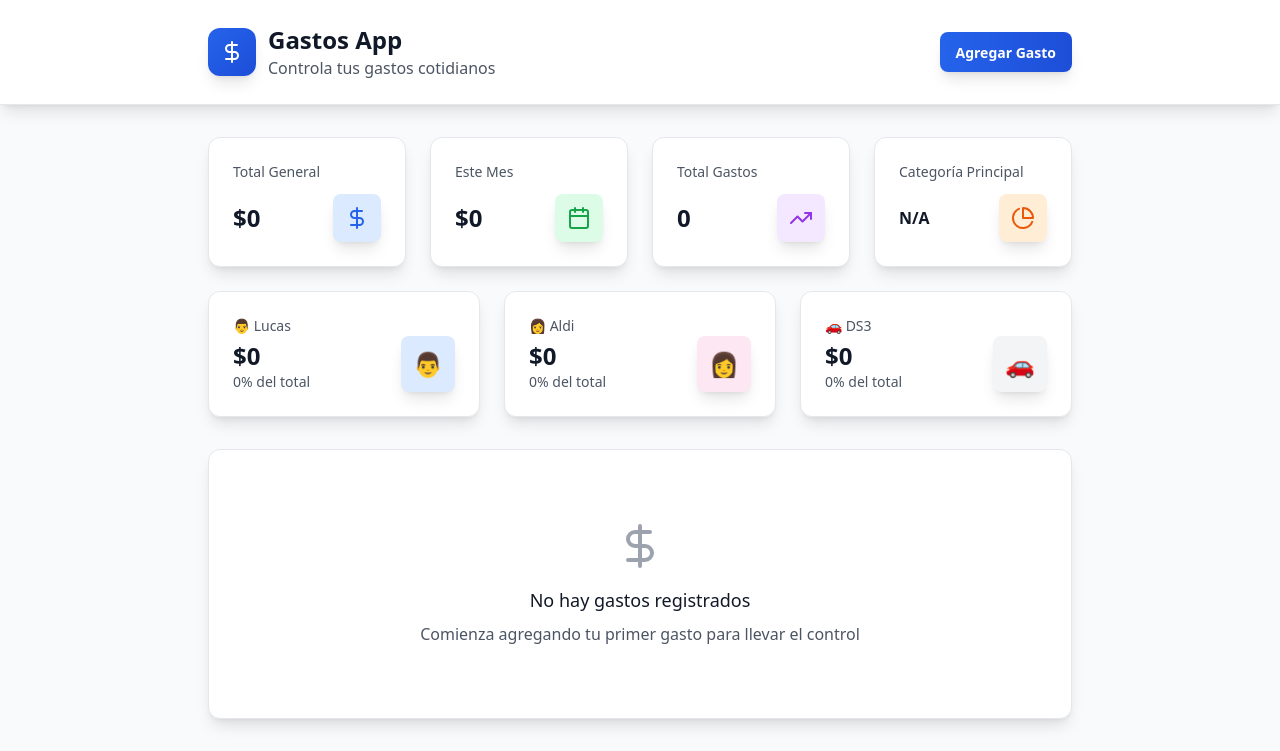
Repository: lucastenaglia/Gastosapp
Page: /
The author's editor kept a copy of each file at every save. The page is drawn from the files as they stood at one save, then again after the next save.
The browser window is 1280 px wide. The pictures show the whole page.
The page's requests for data from a server got no answer. The project was rebuilt for these pictures with package versions that can differ from the ones it lists, and the page was loaded fresh each time. No one was signed in, and anything a server would have sent is missing. Also part of the build but not shown: vite.config.js, src/components/ExpenseForm.jsx.

Above is the page before, as saved 2025-08-13 18:45:42.

### index.html
<!DOCTYPE html>
<html lang="es">
  <head>
    <meta charset="UTF-8" />
    <link rel="icon" type="image/svg+xml" href="data:[embedded picture, 125 characters]" />
    <meta name="viewport" content="width=device-width, initial-scale=1.0" />
    <title>Gastos App - Control de Gastos Cotidianos</title>
  </head>
  <body>
    <div id="root"></div>
    <script type="module" src="/src/main.jsx"></script>
  </body>
</html>

### src/App.jsx
import { useState, useEffect } from 'react'
import Header from './components/Header'
import ExpenseForm from './components/ExpenseForm'
import ExpenseList from './components/ExpenseList'
import ExpenseSummary from './components/ExpenseSummary'
import { getExpenses, addExpense, updateExpense, deleteExpense } from './services/expenseService'

function App() {
  const [expenses, setExpenses] = useState([])
  const [isFormOpen, setIsFormOpen] = useState(false)
  const [loading, setLoading] = useState(true)
  const [error, setError] = useState(null)

  // Cargar gastos al iniciar la aplicación
  useEffect(() => {
    loadExpenses()
  }, [])

  // Cerrar modal con Escape
  useEffect(() => {
    const handleEscape = (e) => {
      if (e.key === 'Escape' && isFormOpen) {
        setIsFormOpen(false)
      }
    }

    if (isFormOpen) {
      document.addEventListener('keydown', handleEscape)
      // Bloquear el scroll del body
      document.body.style.overflow = 'hidden'
    }

    return () => {
      document.removeEventListener('keydown', handleEscape)
      // Restaurar el scroll del body
      document.body.style.overflow = 'unset'
    }
  }, [isFormOpen])

  const loadExpenses = async () => {
    try {
      setLoading(true)
      const data = await getExpenses()
      setExpenses(data)
      setError(null)
    } catch (err) {
      setError('Error al cargar los gastos')
      console.error(err)
    } finally {
      setLoading(false)
    }
  }

  const handleAddExpense = async (expense) => {
    try {
      const newExpense = await addExpense(expense)
      setExpenses([newExpense, ...expenses])
      setIsFormOpen(false)
    } catch (err) {
      setError('Error al agregar el gasto')
      console.error(err)
    }
  }

  const handleDeleteExpense = async (id) => {
    try {
      await deleteExpense(id)
      setExpenses(expenses.filter(expense => expense.id !== id))
    } catch (err) {
      setError('Error al eliminar el gasto')
      console.error(err)
    }
  }

  const handleEditExpense = async (id, updatedExpense) => {
    try {
      const updated = await updateExpense(id, updatedExpense)
      setExpenses(expenses.map(expense =>
        expense.id === id ? updated : expense
      ))
    } catch (err) {
      setError('Error al actualizar el gasto')
      console.error(err)
    }
  }

  return (
    <div className="min-h-screen bg-gray-50">
      <Header onAddExpense={() => setIsFormOpen(true)} />

      <main className="container mx-auto px-4 py-8 max-w-4xl">
        {error && (
          <div className="bg-red-100 border border-red-400 text-red-700 px-4 py-3 rounded mb-6">
            {error}
          </div>
        )}

        <ExpenseSummary expenses={expenses} />

        <div className="mt-8">
          <ExpenseList
            expenses={expenses}
            onDelete={handleDeleteExpense}
            onEdit={handleEditExpense}
            loading={loading}
          />
        </div>
      </main>

      {/* Modal Overlay */}
      {isFormOpen && (
        <div
          className="fixed inset-0 bg-black bg-opacity-50 flex items-center justify-center z-50 p-4 animate-in fade-in duration-200"
          onClick={() => setIsFormOpen(false)}
        >
          <div
            className="bg-white rounded-xl shadow-2xl max-w-md w-full mx-4 max-h-[90vh] overflow-y-auto animate-in zoom-in-95 duration-200"
            onClick={(e) => e.stopPropagation()}
          >
            <ExpenseForm
              onSubmit={handleAddExpense}
              onCancel={() => setIsFormOpen(false)}
            />
          </div>
        </div>
      )}
    </div>
  )
}

export default App

### src/index.css
@tailwind base;
@tailwind components;
@tailwind utilities;

@layer base {
  body {
    @apply bg-gray-50 text-gray-900;
  }
}

@layer components {
                .btn-primary {
                @apply bg-primary-600 hover:bg-primary-700 text-white font-medium py-2 px-4 rounded-lg transition-all duration-300 shadow-md hover:shadow-lg hover:-translate-y-0.5 transform;
              }

              .btn-secondary {
                @apply bg-gray-200 hover:bg-gray-300 text-gray-800 font-medium py-2 px-4 rounded-lg transition-all duration-300 shadow-md hover:shadow-lg hover:-translate-y-0.5 transform;
              }

                .input-field {
                @apply w-full px-3 py-2 border border-gray-300 rounded-lg focus:outline-none focus:ring-2 focus:ring-primary-500 focus:border-transparent shadow-sm focus:shadow-md transition-all duration-300;
              }

                            .card {
                @apply bg-white rounded-xl shadow-lg border border-gray-200 p-6 transform transition-all duration-300 hover:shadow-2xl hover:-translate-y-1;
              }

              .modal-enter {
                @apply opacity-0 scale-95;
              }

              .modal-enter-active {
                @apply opacity-100 scale-100 transition-all duration-200 ease-out;
              }

              .modal-exit {
                @apply opacity-100 scale-100;
              }

              .modal-exit-active {
                @apply opacity-0 scale-95 transition-all duration-200 ease-in;
              }
}

### src/components/Header.jsx
import { Plus, DollarSign } from 'lucide-react'

const Header = ({ onAddExpense }) => {
  return (
    <header className="bg-white shadow-lg border-b border-gray-200">
      <div className="container mx-auto px-4 py-6 max-w-4xl">
        <div className="flex items-center justify-between">
          <div className="flex items-center space-x-3">
            <div className="bg-gradient-to-br from-primary-600 to-primary-700 p-3 rounded-xl shadow-lg">
              <DollarSign className="h-6 w-6 text-white" />
            </div>
            <div>
              <h1 className="text-2xl font-bold text-gray-900">Gastos App</h1>
              <p className="text-gray-600">Controla tus gastos cotidianos</p>
            </div>
          </div>

          <button
            onClick={onAddExpense}
            className="bg-gradient-to-r from-primary-600 to-primary-700 active:from-primary-800 active:to-primary-900 text-white font-semibold py-2 px-4 rounded-lg shadow-lg hover:shadow-xl active:shadow-md active:translate-y-0.5 transition-all duration-200 border-0 focus:outline-none focus:ring-2 focus:ring-primary-300"
          >
            <span className="text-sm">Agregar Gasto</span>
          </button>
        </div>
      </div>
    </header>
  )
}

export default Header

### src/components/ExpenseList.jsx
import { useState } from 'react'
import { Trash2, Edit, Calendar, DollarSign } from 'lucide-react'

const ExpenseList = ({ expenses, onDelete, onEdit, loading }) => {
  const [editingId, setEditingId] = useState(null)
  const [editForm, setEditForm] = useState({})

  const categoryIcons = {
    comida: '🍽️',
    super: '🛒',
    auto: '🚗',
    entretenimiento: '🎮',
    salud: '💊',
    ropa: '👕',
    hogar: '🏠',
    otros: '📦'
  }

  const categoryColors = {
    comida: 'bg-orange-100 text-orange-800',
    super: 'bg-red-100 text-red-800',
    auto: 'bg-blue-100 text-blue-800',
    entretenimiento: 'bg-purple-100 text-purple-800',
    salud: 'bg-green-100 text-green-800',
    ropa: 'bg-pink-100 text-pink-800',
    hogar: 'bg-yellow-100 text-yellow-800',
    otros: 'bg-gray-100 text-gray-800'
  }

  const handleEdit = (expense) => {
    setEditingId(expense.id)
    setEditForm({
      description: expense.description,
      amount: expense.amount.toString(),
      category: expense.category,
      person: expense.person || 'lucas',
      date: expense.date
    })
  }

  const handleSaveEdit = (id) => {
    onEdit(id, {
      ...editForm,
      amount: parseFloat(editForm.amount)
    })
    setEditingId(null)
    setEditForm({})
  }

  const handleCancelEdit = () => {
    setEditingId(null)
    setEditForm({})
  }

  const formatDate = (dateString) => {
    const date = new Date(dateString)
    return date.toLocaleDateString('es-ES', {
      year: 'numeric',
      month: 'short',
      day: 'numeric'
    })
  }

  if (loading) {
    return (
      <div className="card">
        <div className="text-center py-12">
          <div className="animate-spin rounded-full h-12 w-12 border-b-2 border-primary-600 mx-auto mb-4"></div>
          <h3 className="text-lg font-medium text-gray-900 mb-2">
            Cargando gastos...
          </h3>
          <p className="text-gray-600">
            Conectando con la base de datos
          </p>
        </div>
      </div>
    )
  }

  if (expenses.length === 0) {
    return (
      <div className="card">
        <div className="text-center py-12">
          <DollarSign className="h-12 w-12 text-gray-400 mx-auto mb-4" />
          <h3 className="text-lg font-medium text-gray-900 mb-2">
            No hay gastos registrados
          </h3>
          <p className="text-gray-600">
            Comienza agregando tu primer gasto para llevar el control
          </p>
        </div>
      </div>
    )
  }

  return (
    <div className="card">
      <h2 className="text-xl font-semibold text-gray-900 mb-6">
        Historial de Gastos
      </h2>

      <div className="space-y-3">
        {expenses.map(expense => (
          <div key={expense.id} className="border border-gray-200 rounded-lg p-3 sm:p-4 bg-white shadow-md hover:shadow-xl hover:-translate-y-1 transform transition-all duration-300">
            {editingId === expense.id ? (
              <div className="space-y-3">
                <input
                  type="text"
                  value={editForm.description}
                  onChange={(e) => setEditForm({...editForm, description: e.target.value})}
                  className="input-field"
                />
                <div className="grid grid-cols-1 sm:grid-cols-2 gap-3">
                  <input
                    type="number"
                    value={editForm.amount}
                    onChange={(e) => setEditForm({...editForm, amount: e.target.value})}
                    className="input-field"
                    step="1"
                    min="0"
                  />
                  <select
                    value={editForm.category}
                    onChange={(e) => setEditForm({...editForm, category: e.target.value})}
                    className="input-field"
                  >
                    <option value="comida">🍽️ Comida</option>
                    <option value="super">🛒 Super</option>
                    <option value="auto">🚗 Auto</option>
                    <option value="entretenimiento">🎮 Entretenimiento</option>
                    <option value="salud">💊 Salud</option>
                    <option value="ropa">👕 Ropa</option>
                    <option value="hogar">🏠 Hogar</option>
                    <option value="otros">📦 Otros</option>
                  </select>
                </div>
                <div className="grid grid-cols-1 sm:grid-cols-2 gap-3">
                  <select
                    value={editForm.person}
                    onChange={(e) => setEditForm({...editForm, person: e.target.value})}
                    className="input-field"
                  >
                    <option value="lucas">👨 Lucas</option>
                    <option value="aldi">👩 Aldi</option>
                  </select>
                  <input
                    type="date"
                    value={editForm.date}
                    onChange={(e) => setEditForm({...editForm, date: e.target.value})}
                    className="input-field"
                  />
                </div>
                <div className="flex space-x-2">
                  <button
                    onClick={() => handleSaveEdit(expense.id)}
                    className="btn-primary text-sm flex-1"
                  >
                    Guardar
                  </button>
                  <button
                    onClick={handleCancelEdit}
                    className="btn-secondary text-sm flex-1"
                  >
                    Cancelar
                  </button>
                </div>
              </div>
            ) : (
              <div className="space-y-3">
                {/* Header con icono, descripción y monto */}
                <div className="flex items-start justify-between">
                  <div className="flex items-center space-x-3 flex-1 min-w-0">
                    <div className={`p-2 rounded-lg flex-shrink-0 ${categoryColors[expense.category]}`}>
                      <span className="text-lg">{categoryIcons[expense.category]}</span>
                    </div>

                    <div className="flex-1 min-w-0">
                      <h3 className="font-medium text-gray-900 truncate">
                        {expense.description}
                      </h3>
                      <div className="flex items-center space-x-2 text-sm text-gray-600 mt-1">
                        <span className="flex items-center space-x-1">
                          <Calendar className="h-3 w-3" />
                          <span className="hidden sm:inline">{formatDate(expense.date)}</span>
                          <span className="sm:hidden">{new Date(expense.date).toLocaleDateString('es-ES', { day: '2-digit', month: '2-digit' })}</span>
                        </span>
                        <span className="hidden sm:inline">•</span>
                        <span className="capitalize text-xs sm:text-sm">{expense.category}</span>
                      </div>
                    </div>
                  </div>

                  <div className="flex items-center space-x-2 flex-shrink-0">
                    <span className="text-lg font-semibold text-gray-900">
                      ${expense.amount}
                    </span>

                    <div className="flex space-x-1">
                      <button
                        onClick={() => handleEdit(expense)}
                        className="p-1 text-gray-400 hover:text-blue-600 transition-colors"
                        title="Editar"
                      >
                        <Edit className="h-4 w-4" />
                      </button>
                      <button
                        onClick={() => onDelete(expense.id)}
                        className="p-1 text-gray-400 hover:text-red-600 transition-colors"
                        title="Eliminar"
                      >
                        <Trash2 className="h-4 w-4" />
                      </button>
                    </div>
                  </div>
                </div>

                {/* Información adicional en móvil */}
                <div className="sm:hidden flex items-center justify-between text-sm text-gray-600 border-t pt-2">
                  <span className="flex items-center space-x-1">
                    <span>{expense.person === 'lucas' ? '👨' : '👩'}</span>
                    <span className="capitalize">{expense.person || 'lucas'}</span>
                  </span>
                  <span className="text-xs">
                    {new Date(expense.date).toLocaleDateString('es-ES', { year: 'numeric' })}
                  </span>
                </div>
              </div>
            )}
          </div>
        ))}
      </div>
    </div>
  )
}

export default ExpenseList

### src/components/ExpenseSummary.jsx
import { TrendingUp, Calendar, DollarSign, PieChart } from 'lucide-react'

const ExpenseSummary = ({ expenses }) => {
  const totalExpenses = expenses.reduce((sum, expense) => sum + expense.amount, 0)

  const today = new Date()
  const thisMonth = today.getMonth()
  const thisYear = today.getFullYear()

  const monthlyExpenses = expenses.filter(expense => {
    const expenseDate = new Date(expense.date)
    return expenseDate.getMonth() === thisMonth && expenseDate.getFullYear() === thisYear
  })

  const monthlyTotal = monthlyExpenses.reduce((sum, expense) => sum + expense.amount, 0)

  const categoryTotals = expenses.reduce((acc, expense) => {
    acc[expense.category] = (acc[expense.category] || 0) + expense.amount
    return acc
  }, {})

  const topCategory = Object.entries(categoryTotals).sort(([,a], [,b]) => b - a)[0]

     // Estadísticas por persona
   const personTotals = expenses.reduce((acc, expense) => {
     // Si la categoría es "auto", asignar a "ds3", sino usar la persona seleccionada
     const person = expense.category === 'auto' ? 'ds3' : (expense.person || 'lucas')
     acc[person] = (acc[person] || 0) + expense.amount
     return acc
   }, {})

   const lucasTotal = personTotals.lucas || 0
   const aldiTotal = personTotals.aldi || 0
   const ds3Total = personTotals.ds3 || 0

  const formatCurrency = (amount) => {
    return `$${Math.round(amount).toLocaleString('en-US')}`
  }

  return (
    <div className="space-y-4 sm:space-y-6">
      {/* Primera fila - Estadísticas generales */}
      <div className="grid grid-cols-2 lg:grid-cols-4 gap-3 sm:gap-6">
                 {/* Total General */}
         <div className="card relative p-4 sm:p-6">
           <div className="space-y-3">
             <p className="text-xs sm:text-sm font-medium text-gray-600">Total General</p>
             <div className="flex items-center justify-between">
               <div className="flex-1">
                 <p className="text-lg sm:text-xl lg:text-2xl font-bold text-gray-900">
                   {formatCurrency(totalExpenses)}
                 </p>
               </div>
               <div className="bg-blue-100 p-2 sm:p-2.5 lg:p-3 rounded-lg shadow-lg ml-4">
                 <DollarSign className="h-4 w-4 sm:h-5 sm:w-5 lg:h-6 lg:w-6 text-blue-600" />
               </div>
             </div>
           </div>
         </div>

                 {/* Gastos del Mes */}
         <div className="card relative p-4 sm:p-6">
           <div className="space-y-3">
             <p className="text-xs sm:text-sm font-medium text-gray-600">Este Mes</p>
             <div className="flex items-center justify-between">
               <div className="flex-1">
                 <p className="text-lg sm:text-xl lg:text-2xl font-bold text-gray-900">
                   {formatCurrency(monthlyTotal)}
                 </p>
               </div>
               <div className="bg-green-100 p-2 sm:p-2.5 lg:p-3 rounded-lg shadow-lg ml-4">
                 <Calendar className="h-4 w-4 sm:h-5 sm:w-5 lg:h-6 lg:w-6 text-green-600" />
               </div>
             </div>
           </div>
         </div>

                 {/* Total de Gastos */}
         <div className="card relative p-4 sm:p-6">
           <div className="space-y-3">
             <p className="text-xs sm:text-sm font-medium text-gray-600">Total Gastos</p>
             <div className="flex items-center justify-between">
                 <div className="flex-1">
                  <p className="text-2xl sm:text-3xl lg:text-2xl font-bold text-gray-900">
                   {expenses.length}
                 </p>
               </div>
                                 <div className="bg-purple-100 p-2 sm:p-2.5 lg:p-3 rounded-lg shadow-lg ml-4">
                 <TrendingUp className="h-4 w-4 sm:h-5 sm:w-5 lg:h-6 lg:w-6 text-purple-600" />
               </div>
             </div>
           </div>
         </div>

                 {/* Categoría Principal */}
         <div className="card relative p-4 sm:p-6">
           <div className="space-y-3">
             <p className="text-xs sm:text-sm font-medium text-gray-600">Categoría Principal</p>
             <div className="flex items-center justify-between">
               <div className="flex-1">
                  <p className="text-base sm:text-lg lg:text-base font-semibold text-gray-900 capitalize">
                   {topCategory ? topCategory[0] : 'N/A'}
                 </p>
                 {topCategory && (
                   <p className="text-xs sm:text-sm text-gray-600">
                     {formatCurrency(topCategory[1])}
                   </p>
                 )}
               </div>
                                 <div className="bg-orange-100 p-2 sm:p-2.5 lg:p-3 rounded-lg shadow-lg ml-4">
                 <PieChart className="h-4 w-4 sm:h-5 sm:w-5 lg:h-6 lg:w-6 text-orange-600" />
               </div>
             </div>
           </div>
         </div>
      </div>

                    {/* Segunda fila - Estadísticas por persona */}
       <div className="grid grid-cols-1 sm:grid-cols-3 gap-3 sm:gap-6">
                 {/* Gastos de Lucas */}
         <div className="card relative p-4 sm:p-6">
           <div>
             <p className="text-xs sm:text-sm font-medium text-gray-600">👨 Lucas</p>
             <div className="flex items-end justify-between">
               <div>
                 <p className="text-lg sm:text-2xl font-bold text-gray-900">
                   {formatCurrency(lucasTotal)}
                 </p>
                 <p className="text-xs sm:text-sm text-gray-600">
                   {totalExpenses > 0 ? `${((lucasTotal / totalExpenses) * 100).toFixed(1)}%` : '0%'} del total
                 </p>
               </div>
               <div className="bg-blue-100 p-2 sm:p-3 rounded-lg shadow-lg">
                 <span className="text-lg sm:text-2xl">👨</span>
               </div>
             </div>
           </div>
         </div>

                 {/* Gastos de Aldi */}
         <div className="card relative p-4 sm:p-6">
           <div>
             <p className="text-xs sm:text-sm font-medium text-gray-600">👩 Aldi</p>
             <div className="flex items-end justify-between">
               <div>
                 <p className="text-lg sm:text-2xl font-bold text-gray-900">
                   {formatCurrency(aldiTotal)}
                 </p>
                 <p className="text-xs sm:text-sm text-gray-600">
                   {totalExpenses > 0 ? `${((aldiTotal / totalExpenses) * 100).toFixed(1)}%` : '0%'} del total
                 </p>
               </div>
               <div className="bg-pink-100 p-2 sm:p-3 rounded-lg shadow-lg">
                 <span className="text-lg sm:text-2xl">👩</span>
               </div>
             </div>
           </div>
         </div>

                 {/* Gastos de DS3 (Auto) */}
         <div className="card relative p-4 sm:p-6">
           <div>
             <p className="text-xs sm:text-sm font-medium text-gray-600">🚗 DS3</p>
             <div className="flex items-end justify-between">
               <div>
                 <p className="text-lg sm:text-2xl font-bold text-gray-900">
                   {formatCurrency(ds3Total)}
                 </p>
                 <p className="text-xs sm:text-sm text-gray-600">
                   {totalExpenses > 0 ? `${((ds3Total / totalExpenses) * 100).toFixed(1)}%` : '0%'} del total
                 </p>
               </div>
               <div className="bg-gray-100 p-2 sm:p-3 rounded-lg shadow-lg">
                 <span className="text-lg sm:text-2xl">🚗</span>
               </div>
             </div>
           </div>
         </div>
       </div>
    </div>
  )
}

export default ExpenseSummary

### tailwind.config.js
/** @type {import('tailwindcss').Config} */
export default {
  content: [
    "./index.html",
    "./src/**/*.{js,ts,jsx,tsx}",
  ],
  theme: {
    extend: {
      colors: {
        primary: {
          50: '#eff6ff',
          500: '#3b82f6',
          600: '#2563eb',
          700: '#1d4ed8',
        }
      }
    },
  },
  plugins: [],
}

Loaded but not shown: src/main.jsx (common file); src/services/expenseService.js (78 lines, source omitted); src/lib/supabase.js (7 lines, source omitted)

After the next save:
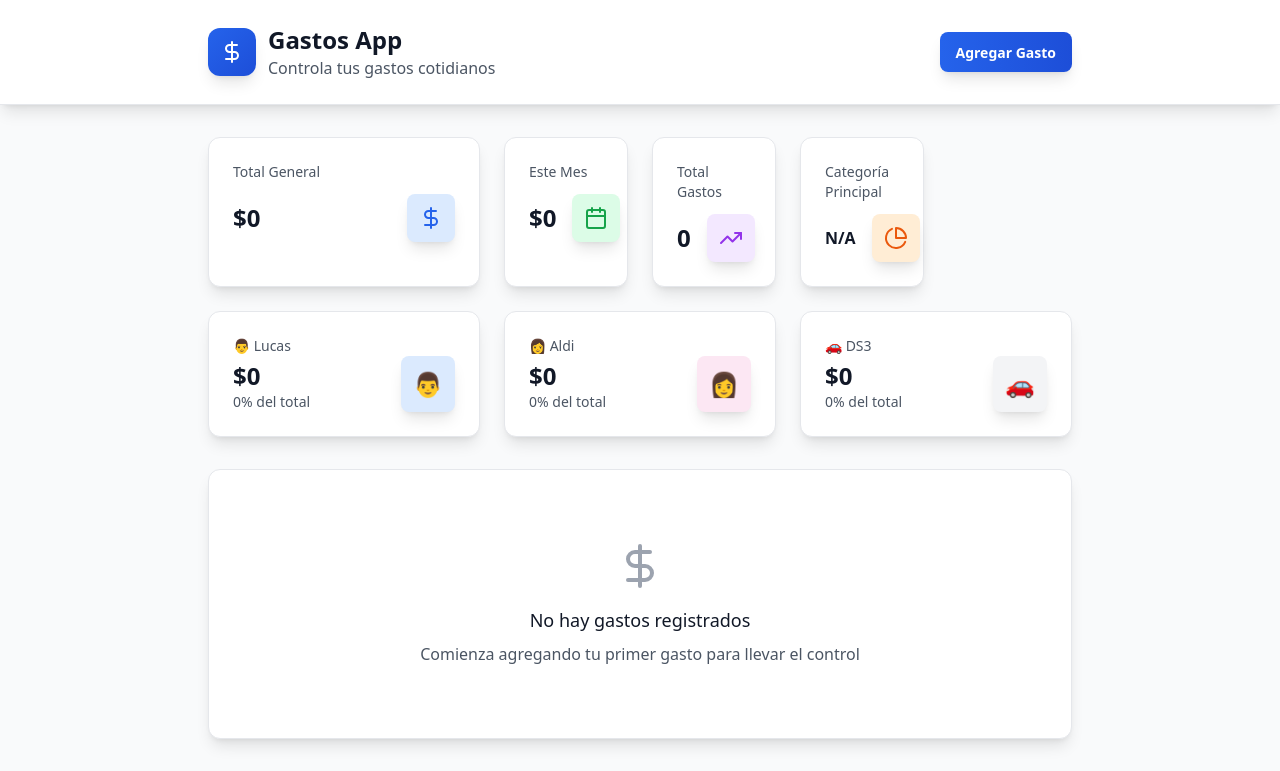
Saved 55 s later.
--- a/src/components/ExpenseSummary.jsx
+++ b/src/components/ExpenseSummary.jsx
@@ -39,10 +39,10 @@ const ExpenseSummary = ({ expenses }) => {
 
   return (
     <div className="space-y-4 sm:space-y-6">
-      {/* Primera fila - Estadísticas generales */}
-      <div className="grid grid-cols-2 lg:grid-cols-4 gap-3 sm:gap-6">
+            {/* Primera fila - Estadísticas generales */}
+      <div className="grid grid-cols-2 lg:grid-cols-6 gap-3 sm:gap-6">
                  {/* Total General */}
-         <div className="card relative p-4 sm:p-6">
+          <div className="card relative p-4 sm:p-6 lg:col-span-2">
            <div className="space-y-3">
              <p className="text-xs sm:text-sm font-medium text-gray-600">Total General</p>
              <div className="flex items-center justify-between">
